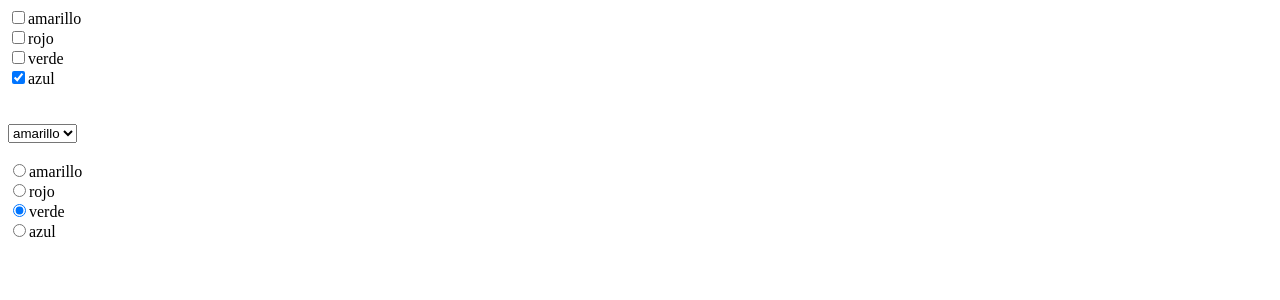
Repository: viorelrosu/spring
Page: http://localhost/Clase/Ej07
An editor plug-in stored every save of this project. The page is shown before and after the next save, followed by the edit.
The browser window is 1280 px wide. The pictures show the whole page.
The page is served by Tomcat 9. Other server files are loaded and not shown.

Above is the page before, as saved 2021-01-14 09:38:42.

### Clase/src/t7/ej07/Ej07.java
package t7.ej07;

import java.io.IOException;
import java.util.HashMap;
import java.util.Map;

import javax.servlet.ServletException;
import javax.servlet.annotation.WebServlet;
import javax.servlet.http.HttpServlet;
import javax.servlet.http.HttpServletRequest;
import javax.servlet.http.HttpServletResponse;

import helpers.Helpers;

@WebServlet("/Ej07")
public class Ej07 extends HttpServlet {
	private static final long serialVersionUID = 1L;

	protected void doGet(HttpServletRequest request, HttpServletResponse response) throws ServletException, IOException {
		response.setContentType("text/html");
		Map<String, String> colores = new HashMap<>();
		colores.put("azul","azul");
		colores.put("rojo","rojo");
		colores.put("amarillo","amarillo");
		colores.put("verde","verde");

		String coloresInputs = Helpers.generaCheckbox("colores", colores, "azul");
		String coloresSelect = Helpers.generaSelect("colores", colores, "amarillo");
		String coloresRadio = Helpers.generaRadio("colores", colores, "verde");

		response.getWriter().println("<form>");
		response.getWriter().println(coloresInputs +"<br/><br>");
		response.getWriter().println(coloresSelect+"<br/><br/>");
		response.getWriter().println(coloresRadio);
		response.getWriter().println("</form>");

	}


	protected void doPost(HttpServletRequest request, HttpServletResponse response) throws ServletException, IOException {
		doGet(request, response);
	}

}

### Clase/src/helpers/Helpers.java
package helpers;

import java.util.Map;

public class Helpers {

	public static String generaCheckbox(String nombre, Map<String, String> etiquetas, String seleccionado) {
		String res = "";
		for( String k: etiquetas.keySet() ) {
			String checked = (etiquetas.get(k) == seleccionado ? "checked=\"checked\"" : "");
			res += "<input type=\"checkbox\" name=\""+nombre+"[]\" value=\""+etiquetas.get(k)+"\" id=\"id-"+etiquetas.get(k)+"\" "+checked+" /><label for=\"id-"+etiquetas.get(k)+"\">"+k+"</label><br />";
		}
		return res;
	}

	public static String generaRadio(String nombre, Map<String, String> array, String seleccionado) {
		String res = "";
		for( String k: array.keySet() ) {
			String checked = (array.get(k) == seleccionado ? "checked=\"checked\"" : "");
			res += "<input type=\"radio\" name=\""+nombre+"[]\" value=\""+array.get(k)+"\" id=\"id-"+array.get(k)+"\" "+checked+" /><label for=\"id-"+array.get(k)+"\">"+k+"</label><br />";
		}
		return res;
	}

	public static String generaSelect(String nombre, Map<String, String> array, String seleccionado) {
		//boolean flag = hashmap.containsValue("Singh");
		String res = "<select name=\""+nombre+"\">";
		for( String k: array.keySet() ) {
			String checked = (array.get(k) == seleccionado ? "selected=\"selected\"" : "");
			res += "<option value=\""+array.get(k)+"\"  "+checked+" />"+k+"</option>";
		}
		res += "</select>";
		return res;
	}

}

After the next save:
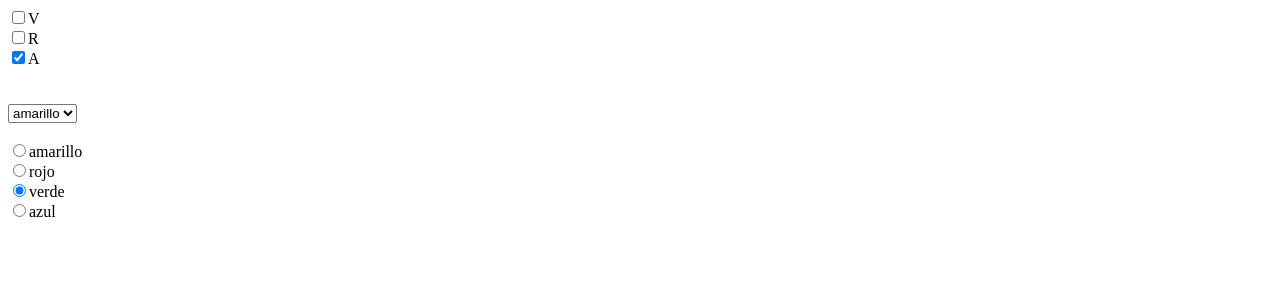
Saved 3 min 34 s later.
--- a/Clase/src/t7/ej07/Ej07.java
+++ b/Clase/src/t7/ej07/Ej07.java
@@ -24,7 +24,7 @@ public class Ej07 extends HttpServlet {
 		colores.put("amarillo","amarillo");
 		colores.put("verde","verde");
 
-		String coloresInputs = Helpers.generaCheckbox("colores", colores, "azul");
+		String coloresInputs = Helpers.generaCheckbox("colores", Map.of("A","azul","R","rojo","V","verde"), "azul");
 		String coloresSelect = Helpers.generaSelect("colores", colores, "amarillo");
 		String coloresRadio = Helpers.generaRadio("colores", colores, "verde");
 
